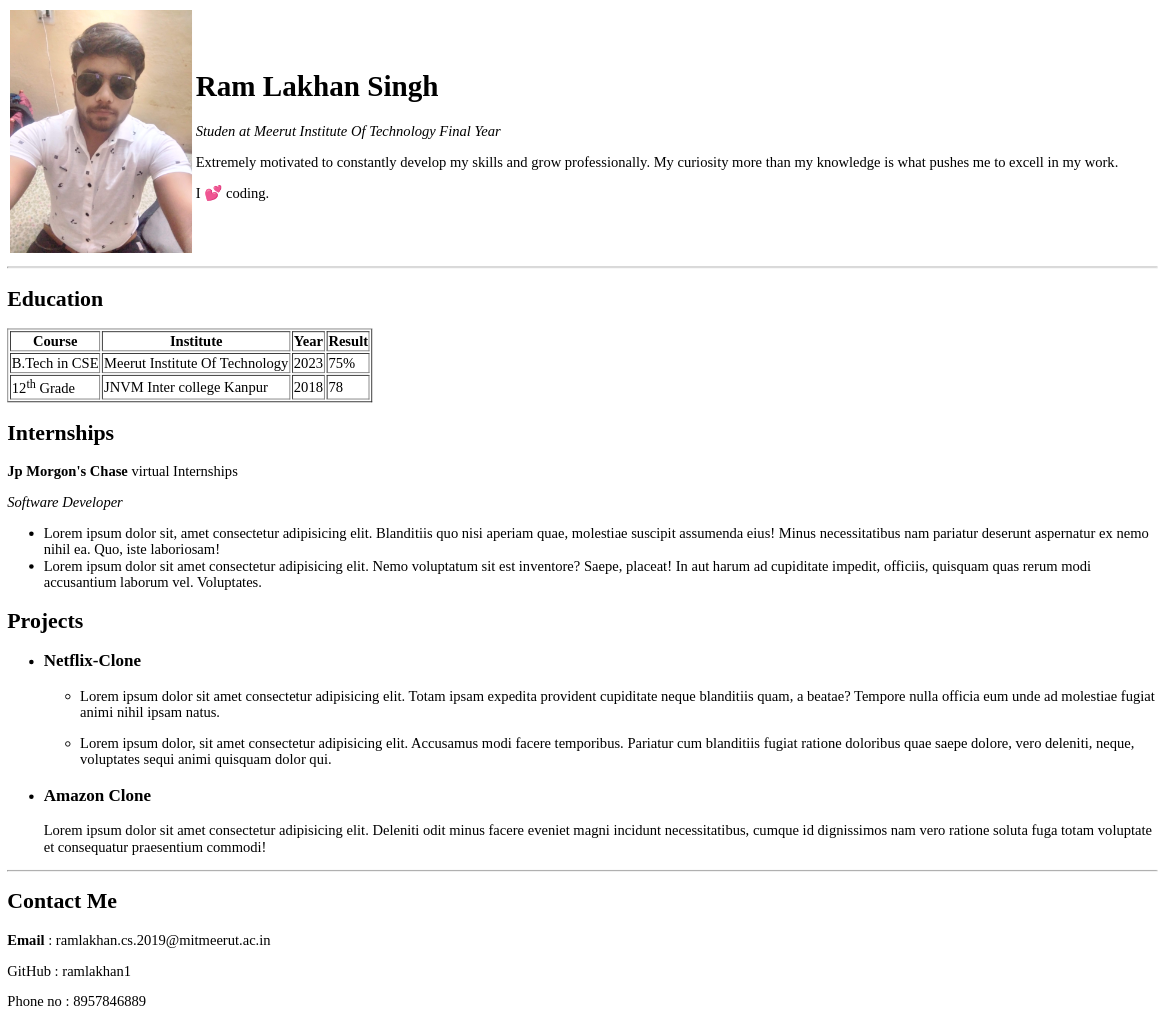
Repository: ramlakhan1/resume1
Page: resume.html
An editor plug-in stored every save of this project. The page is shown before and after the next save, followed by the edit.
The browser window is 1280 px wide. The pictures show the whole page, at 91% of full size.

Above is the page before, as saved 2022-11-05 14:38:08.

After the next save:
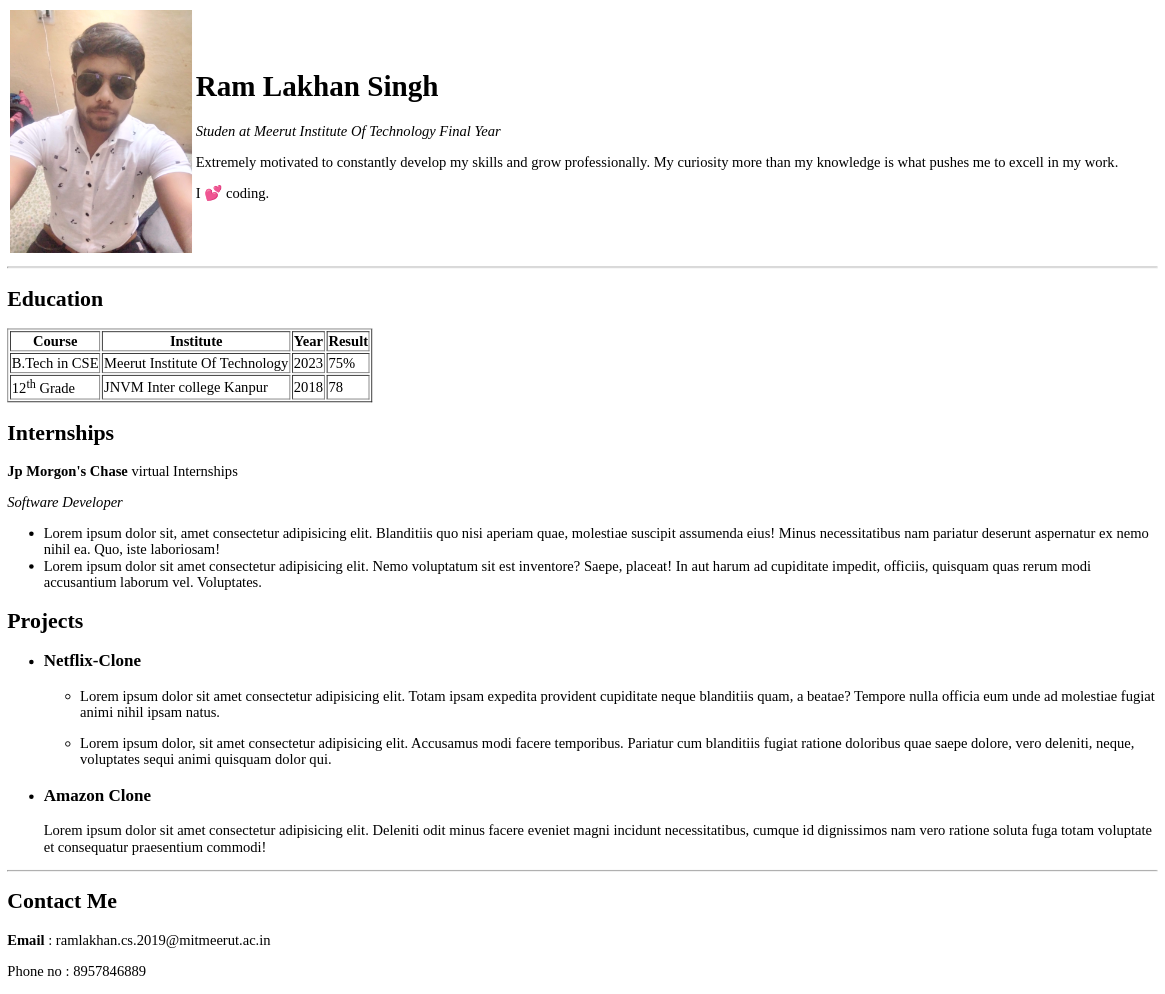
Saved 17 s later.
--- a/resume.html
+++ b/resume.html
@@ -99,7 +99,7 @@
     <hr />
     <h2>Contact Me</h2>
     <p><strong>Email</strong> : ramlakhan.cs.2019@mitmeerut.ac.in</p>
-    <p>GitHub : ramlakhan1</p>
+    <p><stringGitHub : ramlakhan1</p>
     <p>Phone no : 8957846889</p>
   </body>
 </html>

After the save that followed:
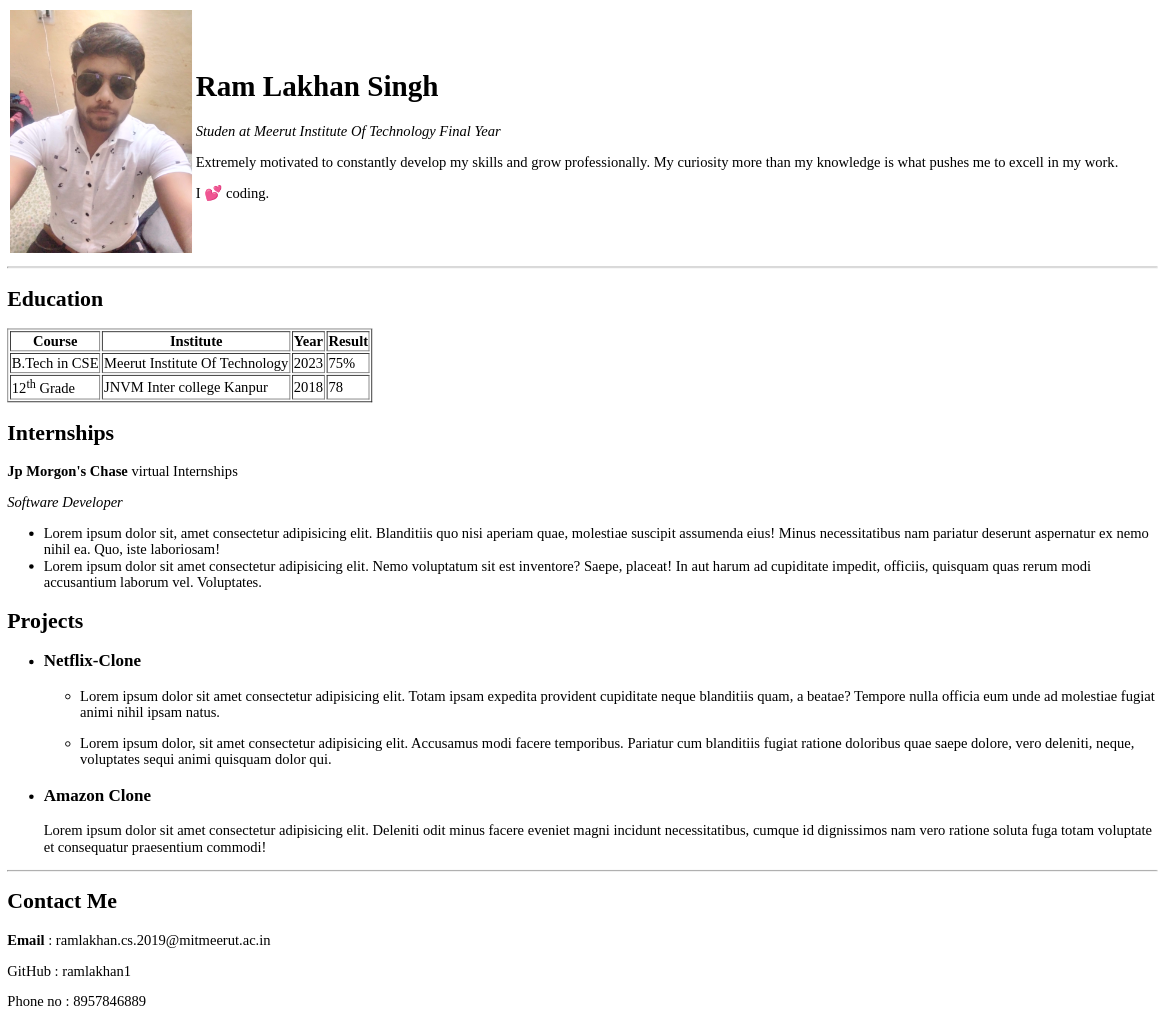
Saved 5 s later.
--- a/resume.html
+++ b/resume.html
@@ -99,7 +99,7 @@
     <hr />
     <h2>Contact Me</h2>
     <p><strong>Email</strong> : ramlakhan.cs.2019@mitmeerut.ac.in</p>
-    <p><stringGitHub : ramlakhan1</p>
+    <p><strong></strong>GitHub : ramlakhan1</p>
     <p>Phone no : 8957846889</p>
   </body>
 </html>
